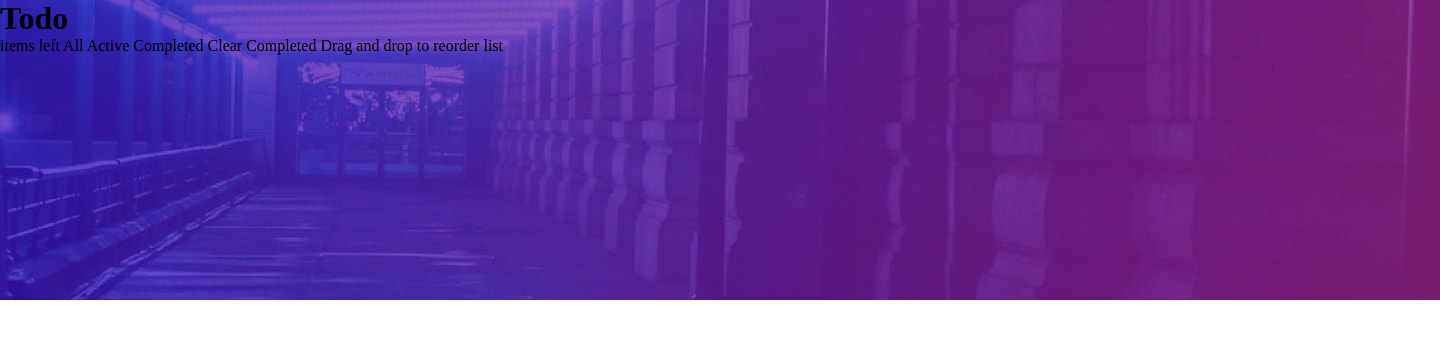
Repository: Arkitecth/todo-list
Page: index.html
The author's editor kept a copy of each file at every save. The page is drawn from the files as they stood at one save, then again after the next save.
The browser window is 1280 px wide. The page is 1440 px wide, so the pictures cover 1440 px, including what lies to the right of the window. The pictures show the whole page.

Above is the page before, as saved 2023-06-19 16:25:31.

After the next save:
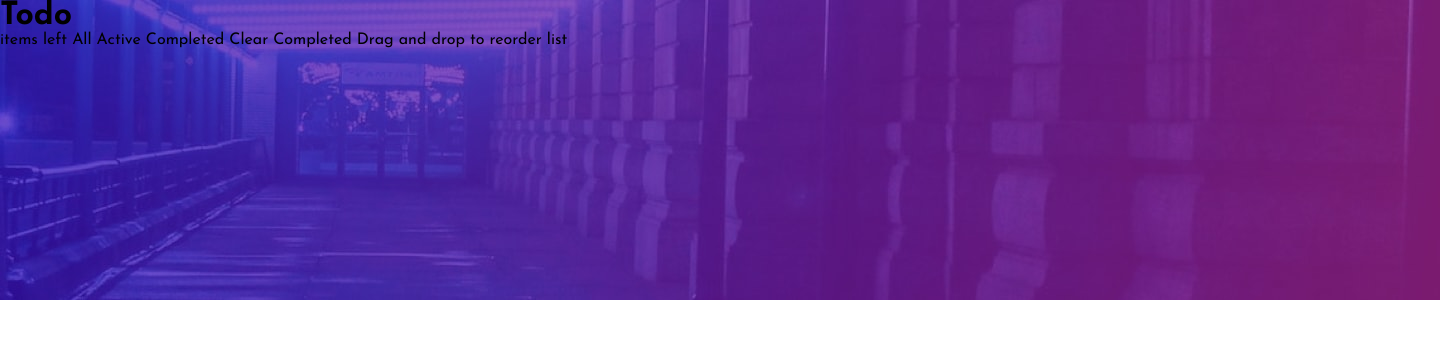
Saved 60 s later.
--- a/styles.css
+++ b/styles.css
@@ -2,6 +2,9 @@
 * {
     margin: 0;
     padding: 0;
+}
+body {
+   font-family: 'Josefin Sans', sans-serif;;
 }
 
 img {
